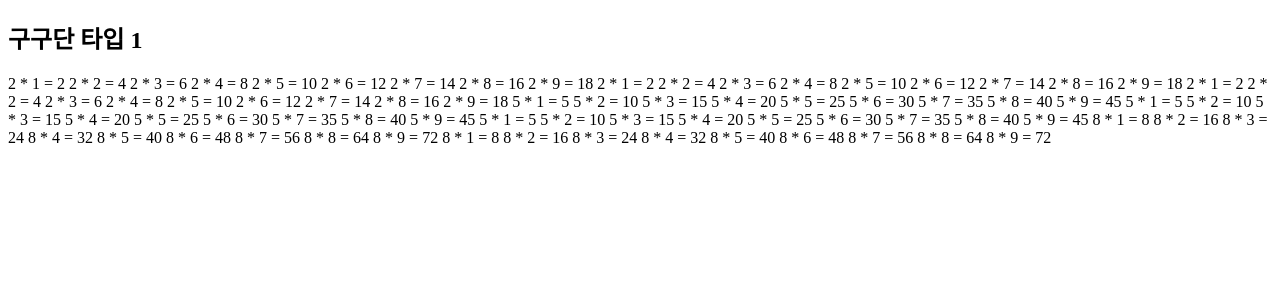
Repository: Byeonghee-son/DB-Servlet
Page: http://localhost/ServletStudy/gugudan2.jsp
The author's editor kept a copy of each file at every save. The page is drawn from the files as they stood at one save, then again after the next save.
The browser window is 1280 px wide. The pictures show the whole page.
The page is served by Tomcat 9.

Above is the page before, as saved 2023-05-17 01:36:26.

After the next save:
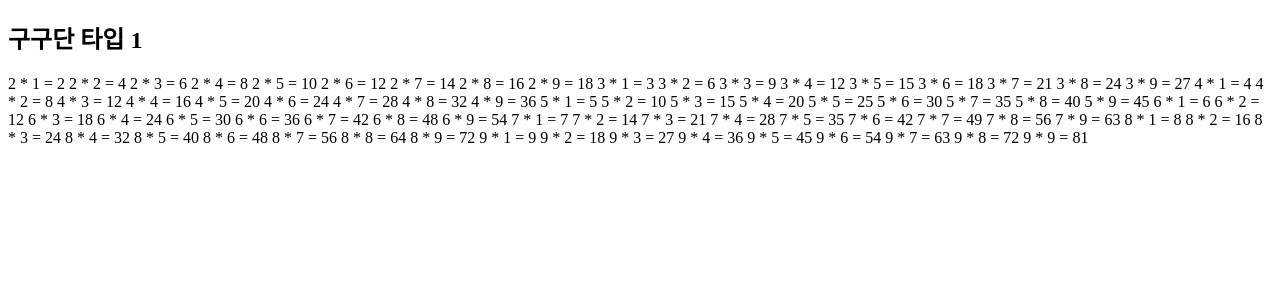
Saved 2 min 2 s later.
--- a/ServletStudy/src/main/webapp/gugudan2.jsp
+++ b/ServletStudy/src/main/webapp/gugudan2.jsp
@@ -24,7 +24,7 @@
 		<% for(int j = 0; j < col; j++){ %>
 			<%if(9 < i + j) break; %>
 			<%for(int k = 1; k < 10; k++) {%>
-		<%= i %> * <%= k %> = <%= i * k %>
+		<%= (i+j) %> * <%= k %> = <%= (i+j) * k %>
 		<% } %>
 		<%} %>
 		<%} %>
